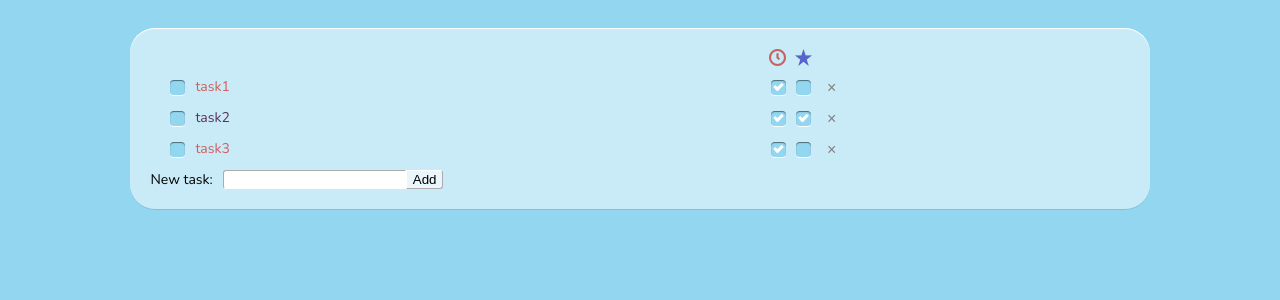
Repository: naurlaunim/toDoList
Page: /
An editor plug-in stored every save of this project. The page is shown before and after the next save, followed by the edit.
The browser window is 1280 px wide. The pictures show the whole page.
Some web fonts or font styles are not loaded; a fallback is used. The project was rebuilt for these pictures with package versions that can differ from the ones it lists, and the page was loaded fresh each time. Also part of the build but not shown: webpack.config.js.

Above is the page before, as saved 2018-03-01 13:48:49.

### public/index.html
<!DOCTYPE html>
<html lang="en">

<head>
  <meta charset="utf-8">
  <meta name="viewport" content="width=device-width, initial-scale=1, shrink-to-fit=no">
  <meta name="theme-color" content="#000000">
  <!--
      manifest.json provides metadata used when your web app is added to the
      homescreen on Android. See https://developers.google.com/web/fundamentals/engage-and-retain/web-app-manifest/
    -->
  <link rel="manifest" href="./manifest.json">
  <link rel="shortcut icon" href="./favicon.ico">
  <link href="https://fonts.googleapis.com/css?family=Aldrich|Nunito" rel="stylesheet">
  <link href="font/css/open-iconic.css" rel="stylesheet">
  <!--
      Notice the use of %PUBLIC_URL% in the tags above.
      It will be replaced with the URL of the `public` folder during the build.
      Only files inside the `public` folder can be referenced from the HTML.

      Unlike "/favicon.ico" or "favicon.ico", "%PUBLIC_URL%/favicon.ico" will
      work correctly both with client-side routing and a non-root public URL.
      Learn how to configure a non-root public URL by running `npm run build`.
    -->
  <title>React App</title>
</head>

<body>
  <noscript>
    You need to enable JavaScript to run this app.
  </noscript>
  <div id="root"></div>
  <script src="./bundle.app.js"></script>
  <!--
      This HTML file is a template.
      If you open it directly in the browser, you will see an empty page.

      You can add webfonts, meta tags, or analytics to this file.
      The build step will place the bundled scripts into the <body> tag.

      To begin the development, run `npm start` or `yarn start`.
      To create a production bundle, use `npm run build` or `yarn build`.
    -->
</body>

</html>

### src/index.js
import React from 'react';
import ReactDOM from 'react-dom';

import './scss/style.scss';

import App from './App';

ReactDOM.render(<App />, document.getElementById('root'));

### src/scss/style.scss
$background: hsl(197, 76%, 76%);

body {
	font-size: 14px; /* px means 'pixels': the base font size is now 10 pixels high  */
	font-family: 'Nunito', sans-serif;
	background-color: $background;
	padding: 20px 20px;
}
button {
	&:focus {
		outline: 0;
	}
}
.wrapper {
  // word-break: break-all;
	width: 80%;
	margin: 0 auto;
	background-color: rgba(255, 255, 255, 0.5);
	padding: 10px 20px 20px 20px;
  // border: 1px solid white;
	border-radius: 25px;
	box-shadow: inset 0px 1px 1px rgba(255,255,255,1), 0px 1px 0px rgba(0,0,0,0.1);
}
div.taskslist {
  // border: 1px solid white;
	margin-top: 10px;
	margin-bottom: 10px;
/*   margin-left: 10px; */
}
div.header {
  // border: 1px solid white;
	padding-left: 60%;
	margin-left: 30px;
}
.ur {
	color: #CC6060;
}
.im {
	color: #5663CC;
}
.ur.im {
	color: #5A2F5F;
}

div.row {
/*   margin - around, padding - inside */
  // height: 20px;
  // border: 1px solid white;
	margin-left: 10px;
	padding-left: 10px;
  // padding-top: 10px;
	margin-bottom: 10px;
	vertical-align: centred;
}
.status {
	float: left;
	display: inline-block;
/*   margin: 20px 0 0 20px ; */
}
div.task {
	display: inline-block;
	width: 60%;
/*   padding: 20px 20px 20px 20px; */
}
div.buttons {
	vertical-align: top;
	display: inline-block;
/*   padding: 20px ; */

}

.sortbutton{
	display: inline-block;
	position: relative;
	font-size: 17px;
	padding: 1px;
	padding-bottom: 4px;
/*   color: white; */
	background-color: transparent;
	border: none;
	width: 24px;
	height: 24px;
	cursor: pointer;
}
button.delete {
	background-color: transparent;
	border: none;
	cursor: pointer;
	font-family: 'Aldrich', sans-serif;
	font-size: 16px;
	color: grey;
/*   position: absolute; */
/*   right: 30%  */
}
input.newTask {
	margin: 0px 0px 0px 10px
}

.squaredThree {
  // float: left;
	display: inline-block;
	width: 20px;
	position: relative;
	margin-right: 5px;
  // margin: 10px auto;
  label {
    width: 15px;
    height: 15px;
    cursor: pointer;
    position: absolute;
    top: 3px;
    left: 0;
    background-color: $background;
    //background: linear-gradient(top, #222 0%, #45484d 100%);
    border-radius: 4px;
    box-shadow: inset 0px 1px 1px rgba(0,0,0,0.5), 0px 1px 0px rgba(255,255,255,.9);
    &:after {
      content: '';
      width: 6px;
      height: 3px;
      position: absolute;
      top: 3px;
      left: 3px;
      border: 3px solid white;
      border-top: none;
      border-right: none;
      background: transparent;
      opacity: 0;
      transform: rotate(-45deg);
    }
    &:hover::after {
      opacity: 0.3;
    }
  }
  input[type=checkbox] {
    visibility: hidden;
    &:checked + label:after {
      opacity: 1;
    }
  }
}

section {
	display: inline-block;
}

.oi {
	//color: gray;
	cursor: pointer;
}



.o1 {
	//transition: all ease 0.8s;
	transition-property: all;
	transition-duration: 8s;
	transition-timing-function: ease;
}
.o2 {
	opacity: 0.01;
	color: #150A18;
}

input[type=text] {
	border-top-left-radius: 3px;
	border-bottom-left-radius: 3px;
	border: 1px inset white;
	outline: none;
}
input[type=submit] {
	border-top-right-radius: 3px;
	border-bottom-right-radius: 3px;
	background-color: hsla(0, 2%, 100%, 0.60);
	border: 1px outset white;
	outline: none;
}

### src/App.js
import React, { Component } from 'react';

import { Header, Buttons, Status } from "./components";
import { sortByPropertyName, names } from './utils';

class ToDoList extends Component {
	constructor(props) {
		super(props);

		const tasks = [
			{ 'text': 'task1', 'im': false, 'ur': true },
			{ 'text': 'task2', 'im': true, 'ur': true },
			{ 'text': 'task3', 'im': false, 'ur': true }
		];

		this.state = { value: '', tasks };
	}

	handleCheck = (event) => {
		const name = event.target.name.substring(0, event.target.name.length - 2);
		const type = event.target.value;
		const prevTask = this.state.tasks.find(t => t.text === name);
		const task = {
			...prevTask,
			[type]: !prevTask[type]
		}

		if (!task.im && !task.ur) {
			this.autodel(task);
		}

		const tasks = this.state.tasks.map(t => t.text === name ? task : t)

		this.setState({ tasks })
	}

	handleDelete = (e) => {
		this.delByName(e.target.name)
	}

	autodel = (task) => {
		task['o1'] = reasonList[Math.floor(Math.random() * 8)];

		setTimeout(() => {
			const newTask = this.state.tasks.find(t => t.text === task.text);
			if (newTask && !newTask.im && !newTask.ur) {
				this.delByName(task['text'])
			}
		}, 8000)
	}

	delByName = (name) => {
		const tasks = this.state.tasks.filter(task => task.text !== name);

		this.setState({ tasks })
	}

	handleChange = (event) => {
		this.setState({ value: event.target.value });
	}

	handleSubmit = (event) => {
		event.preventDefault();

		const { tasks } = this.state;
		const taskExists = tasks.filter(task => task.text === this.state.value).length !== 0;

		if (!taskExists && this.state.value.length !== 0) {
			this.setState({
				tasks: tasks.concat({
					'text': this.state.value,
					im: true,
					ur: false
				})
			})
		}
	}

	handleSort = (event) => {
		const tasks = this.state.tasks.sort(sortByPropertyName(event.target.id, (a, b) =>
			a === b ? 0 : b ? 1 : -1
		))

		this.setState({ tasks })
	}


	render() {
		return (
			<div className='wrapper'>
				<div className='taskslist'>
					<Header handleSort={this.handleSort} />
					{
						this.state.tasks.map(task =>
							<div className='row' key={task.text.toString()} id={task.text.toString()}>
								<Status task={task} />
								<div className={names("task", task.ur && "ur", task.im && "im")}>
									{
										!task.ur && !task.im
											? (
												<div className='o1 o2'>
													<s>{task.text} </s>
													<div> <i>{task.o1} </i></div>
												</div>
											)
											: <div className='o1'> {task.text} </div>
									}
								</div>
								<Buttons task={task}
									handleCheck={this.handleCheck}
									handleDelete={this.handleDelete}
								/>
							</div>
						)
					}
				</div>

				<form onSubmit={this.handleSubmit}>
					<label>
						New task:
						<input type="text" value={this.state.value} onChange={this.handleChange} className='newTask' />
					</label>
					<input type="submit" value="Add" />
				</form>
			</div>
		);
	}
}


const reasonList = ['Are you sure that you have so much time?', 'Life is too short for this.', 'Do you have no other things to spend your life on them?', 'If I were you, I\'d rather play games.', 'How about watching the new sitcom instead?', 'Can it is better just to sleep?', 'This is not the best idea.', 'You\'re already pretty busy.']


export default ToDoList;

### src/components.js
import React from 'react';

const IconButton = (props) => (
    <span id={props.id}
        className={`oi ${props.id} sortbutton`}
        data-glyph={props.glyph}
        title={props.title}
        aria-hidden="true"
        onClick={props.onClick}
    />
)


export const Header = ({ handleSort }) => (
    <div className='header'>
        <IconButton id="ur" glyph="clock" title = "sort by urgency" onClick={handleSort} />
        <IconButton id="im" glyph="star" title = "sort by importance" onClick={handleSort} />
    </div>
)


const Checkbox = ({ title, value, name, status, handleCheck }) => (
    <section title = {title}>
        <div className="squaredThree">
            <input type='checkbox'
                defaultChecked={status}
                id={name.toString() + value}
                value={value} name={name.toString() + value}
                onChange={handleCheck}
            />
            <label htmlFor={name.toString() + value} />
        </div>
    </section>
)

export const Buttons = ({ task, handleCheck, handleDelete }) => (
    <div className="buttons">
        <Checkbox title = "urgent" value="ur" name={task.text} status={task.ur} handleCheck={handleCheck} />
        <Checkbox title = "important" value="im" name={task.text} status={task.im} handleCheck={handleCheck} />

        <button className='delete'
            name={task.text.toString()}
            onClick={handleDelete}
            children="×"
        />
    </div>
)

export const Status = ({ task }) => (
    <div className="status">
        <Checkbox title = "done" value = "done" name = {task.text + 'done'}  status = {false} handleCheck = {() => {}} />
    </div>
)

export const Tabs = () => (
    <div className = 'tabs'>
		<input id="tab1" type="radio" name="tabs" defaultChecked = 'true' />
		<label for="tab1">ToDo</label>
		<input id="tab2" type="radio" name="tabs" />
  		<label for="tab2">History</label>
	</div>
)

### src/utils.js

export const sortByPropertyName = (name, compFn) => (a, b) => (
    compFn(a[name], b[name])
);

export const names = (...args) => args.filter(v => !!v).join(" ");

Loaded but not shown: public/font/css/open-iconic.css (common file)

After the next save:
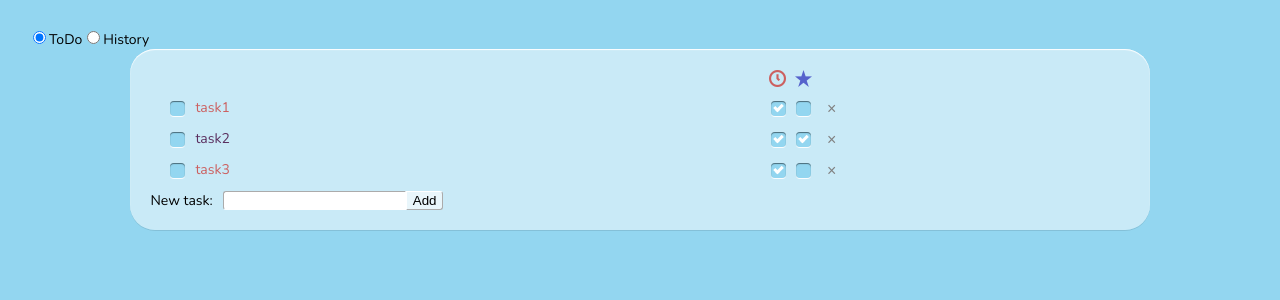
Saved 98 s later.
--- a/src/App.js
+++ b/src/App.js
@@ -1,6 +1,6 @@
 import React, { Component } from 'react';
 
-import { Header, Buttons, Status } from "./components";
+import { Header, Buttons, Status, Tabs } from "./components";
 import { sortByPropertyName, names } from './utils';
 
 class ToDoList extends Component {
@@ -87,41 +87,44 @@ class ToDoList extends Component {
 
 	render() {
 		return (
-			<div className='wrapper'>
-				<div className='taskslist'>
-					<Header handleSort={this.handleSort} />
-					{
-						this.state.tasks.map(task =>
-							<div className='row' key={task.text.toString()} id={task.text.toString()}>
-								<Status task={task} />
-								<div className={names("task", task.ur && "ur", task.im && "im")}>
-									{
-										!task.ur && !task.im
-											? (
-												<div className='o1 o2'>
-													<s>{task.text} </s>
-													<div> <i>{task.o1} </i></div>
-												</div>
-											)
-											: <div className='o1'> {task.text} </div>
-									}
+			<div>
+				<Tabs />
+				<div className='wrapper'>
+					<div className='taskslist'>
+						<Header handleSort={this.handleSort} />
+						{
+							this.state.tasks.map(task =>
+								<div className='row' key={task.text.toString()} id={task.text.toString()}>
+									<Status task={task} />
+									<div className={names("task", task.ur && "ur", task.im && "im")}>
+										{
+											!task.ur && !task.im
+												? (
+													<div className='o1 o2'>
+														<s>{task.text} </s>
+														<div> <i>{task.o1} </i></div>
+													</div>
+												)
+												: <div className='o1'> {task.text} </div>
+										}
+									</div>
+									<Buttons task={task}
+										handleCheck={this.handleCheck}
+										handleDelete={this.handleDelete}
+									/>
 								</div>
-								<Buttons task={task}
-									handleCheck={this.handleCheck}
-									handleDelete={this.handleDelete}
-								/>
-							</div>
-						)
-					}
+							)
+						}
+					</div>
+
+					<form onSubmit={this.handleSubmit}>
+						<label>
+							New task:
+							<input type="text" value={this.state.value} onChange={this.handleChange} className='newTask' />
+						</label>
+						<input type="submit" value="Add" />
+					</form>
 				</div>
-
-				<form onSubmit={this.handleSubmit}>
-					<label>
-						New task:
-						<input type="text" value={this.state.value} onChange={this.handleChange} className='newTask' />
-					</label>
-					<input type="submit" value="Add" />
-				</form>
 			</div>
 		);
 	}
